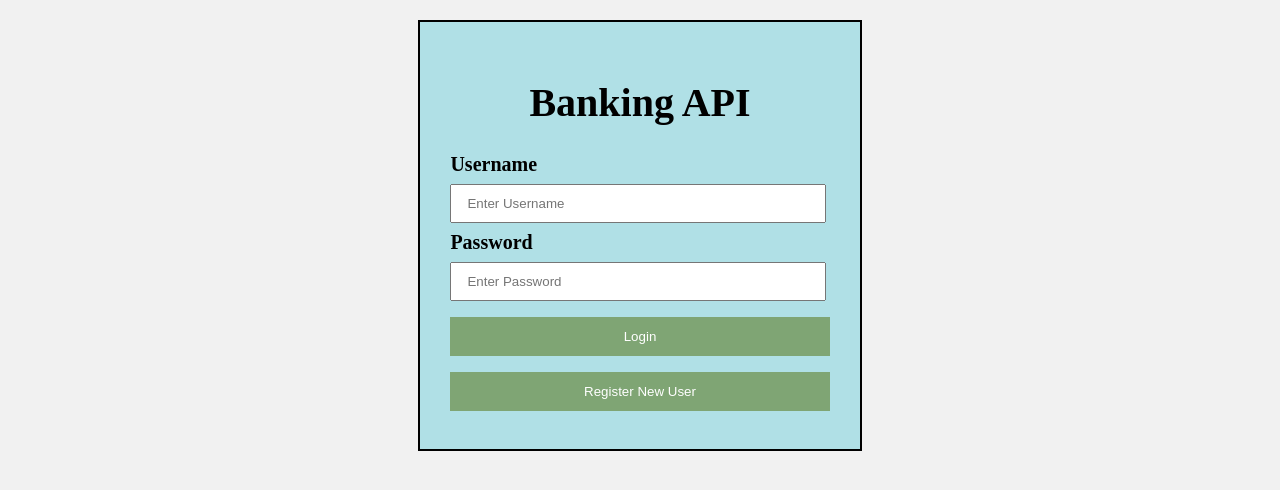
Repository: kennyufish/Revature_ROCP1_Project_Banking_API
Page: banking_api/src/main/webapp/index.html
These files come from the project's save history. The page is drawn as it stood at one moment and after the next save; the edit follows.
The browser window is 1280 px wide. The pictures show the whole page.

Above is the page before, as saved 2020-10-10 22:38:03.

### banking_api/src/main/webapp/index.html
<!DOCTYPE html>
<html>
<head>
<meta charset="ISO-8859-1">
<title>Banking API Login</title>
<style>
.topNoticeGreen {
	color: black;
	background-color: green;
	width: 100%;
	padding: 20px;
	text-align: center;
}

.loginLayout {
	font-size:20px;
	background-color: powderblue;
	border: 2px solid black;
	padding: 30px;
	width: 30%;
	margin: 20px auto;
}
input[type=text],input[type=password]{
	width:90%;
	padding:10px 15px;
	margin:8px 0;
	display:inline-block;
	boxing-sizing:border-box;
}

button{
	background-color:#7FA574;
	color:white;
	padding: 12px 10px;
	margin: 8px 0;
	border:none;
	cursor:pointer;
	width:100%;
}

button:hover{
opacity:0.7}


</style>
</head>
<body style="background-color: #f1f1f1">
	<div class="loginLayout">
		<h1 align="center">Banking API</h1>
		<form action="loginUser" method='post'>
			<label for="username"><b>Username</b></label>
			<input type="text" name="username" placeholder="Enter Username" required>
			<label for="password"><b>Password</b></label>
			<input type="password" name="password" placeholder="Enter Password" required>
		 <button type="submit">Login</button>
		</form>

		<form action="registerNewUser">
			<button>Register New User</button>
		</form>
	</div>
</body>
</html>

After the next save:
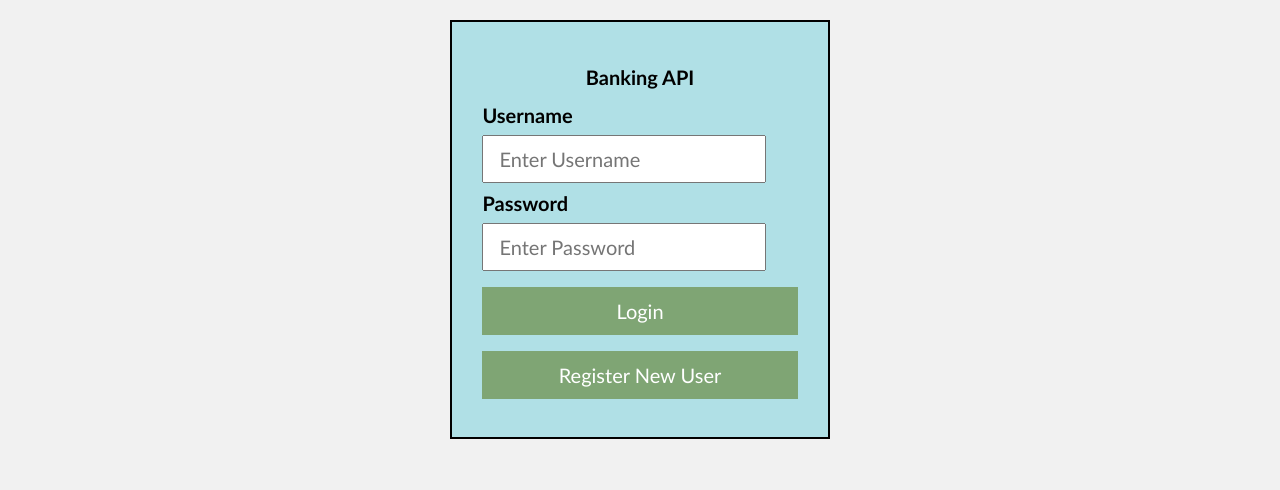
Saved 4 s later.
--- a/banking_api/src/main/webapp/index.html
+++ b/banking_api/src/main/webapp/index.html
@@ -4,6 +4,11 @@
 <meta charset="ISO-8859-1">
 <title>Banking API Login</title>
 <style>
+* {
+	font-family: "Trebuchet MS", Arial, Helvetica, sans-serif;
+	box-sizing: border-box;
+	font-size: 20px;
+}
 .topNoticeGreen {
 	color: black;
 	background-color: green;
